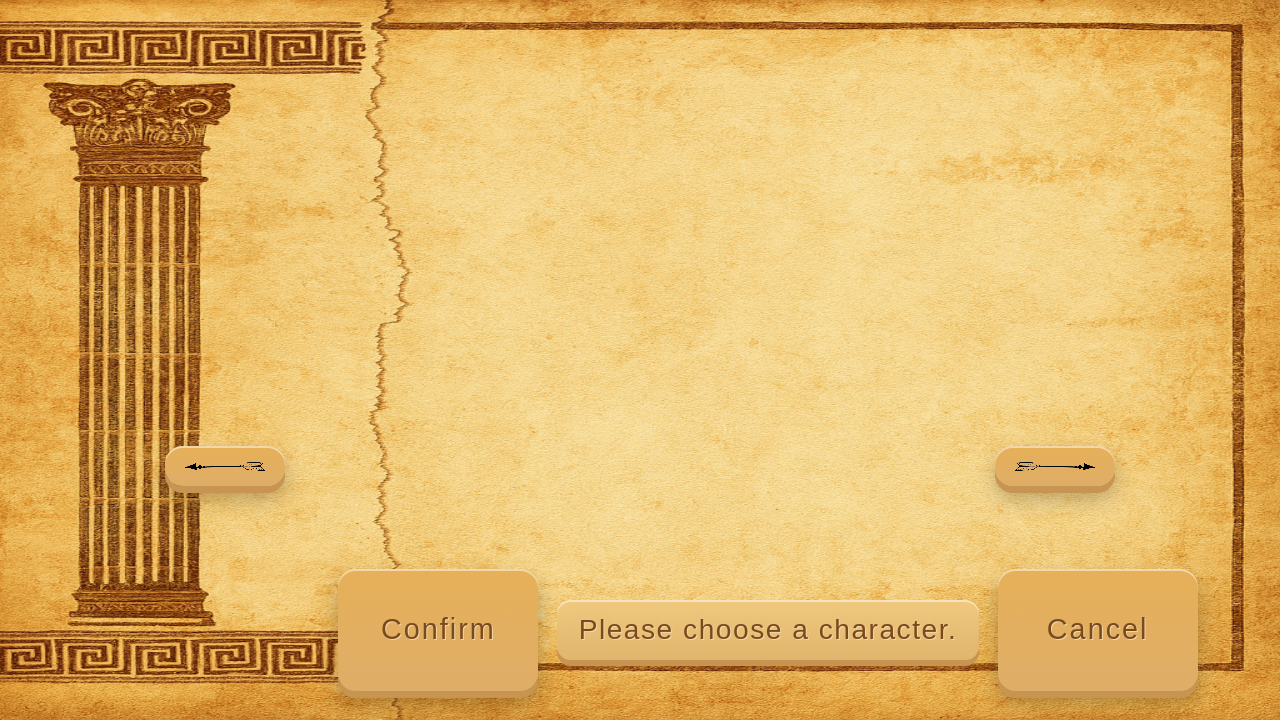
Repository: brianabariteau/Web-1-Final-Project-2025
Page: features/character-selection/character-selection.html
These files come from the project's save history. The page is drawn as it stood at one moment and after the next save; the edit follows.
The browser window is 1280 px wide. The pictures show the whole page.
The page's requests for data from a server got no answer. Some web fonts or font styles are not loaded; a fallback is used.

Above is the page before, as saved 2025-12-21 23:54:26.

### features/character-selection/character-selection.html
<!DOCTYPE html>
<html lang="en">
  <head>
    <meta charset="UTF-8" />
    <meta name="viewport" content="width=device-width, initial-scale=1.0" />
    <title>Player Selection</title>
    <link
      rel="icon"
      type="image/x-icon"
      href="../../assets/characters/zeus.png"
    />
    <link rel="stylesheet" href="./character-selection.css" />
    <script type="module" src="./character-selection.js" defer></script>
    <script
      src="https://code.jquery.com/jquery-3.7.1.min.js"
      integrity="sha256-/JqT3SQfawRcv/BIHPThkBvs0OEvtFFmqPF/lYI/Cxo="
      crossorigin="anonymous"
    ></script>
    <link
      href="https://fonts.googleapis.com/css2?family=Jersey+25&display=swap"
      rel="stylesheet"
    />
  </head>
  <body></body>
</html>

### features/character-selection/character-selection.css
/* -- General Page Layout -- */

body {
  margin: 0;
  padding: 0;
  width: 100vw;
  height: 100vh;
  overflow: hidden;

  display: flex;
  justify-content: center;
  align-items: center;

  position: relative;
  font-family: "Press Start 2P", monospace;
}

/* Full-screen background */
.background {
  position: absolute;
  inset: 0;
  width: 100%;
  height: 100%;
  z-index: -1;
}

/* -- Character Selector Grid [avatar1/2/3] -- */

.character-row {
  /*display: flex;
  justify-content: center;
  align-items: center;
  gap: 1rem;

  position: absolute;
  top: 10%;
  width: 100%;*/
  display: flex;
  justify-content: center;
  align-items: center;
  gap: 1rem;
  width: 100%;
  position: relative; /* not absolute */
}

/* All avatar boxes */
.avatar1,
.avatar2,
.avatar3 {
  /*width: 340px;
  height: 450px;*/
  width: min(28vw, 370px); /* 28% of viewport width, max 340px */
  height: min(28vw, 440px);

  background: transparent;
  border: none;
  padding: 0;

  position: relative;
  cursor: pointer;
  transition: transform 120ms ease;
}

.avatar1:hover,
.avatar2:hover,
.avatar3:hover {
  transform: scale(1.05);
}

/* The decorative box asset */
.background-boxes {
  position: absolute;
  inset: 0;
  width: 100%;
  height: 100%;
  object-fit: fill;
  z-index: 0;
  pointer-events: none;
}

/* If later you put the character image inside an avatar */
.player-avatar {
  position: relative;
  z-index: 1;
  width: 140px;
  height: auto;
  image-rendering: pixelated;
}

/* Info inside the avatar (optional) */
.player-info {
  position: relative;
  z-index: 2;
  color: brown;
  text-shadow: 2px 2px #000;
  font-size: 14px;
  text-align: left;
  margin-left: 10px;
}

/* ───────────── SCROLL ARROWS ABOVE TEXT BOX ───────────── */

.scroll-arrows {
  width: min(200vw, 950px); /* narrower than full screen */
  margin: 0 auto;
  display: flex;
  justify-content: space-between; /* left arrow on left, right arrow on right */
  align-items: center;

  padding: 0 5vw; /* adjusts how far arrows sit from edges */
  position: relative;
  z-index: 15;
  gap: 8rem;
}

/* =========================
   ARROW BUTTON BASE
========================= */
.left-arrow,
.right-arrow {
  width: 120px;
  height: 40px;

  background: linear-gradient(to bottom, #e7b058, #dead68);
  border-radius: 18px;
  border: none;

  display: flex;
  align-items: center;
  justify-content: center;

  cursor: pointer;

  box-shadow: inset 0 2px 0 rgba(255, 255, 255, 0.5), 0 7px 0 #c89451,
    0 12px 22px rgba(0, 0, 0, 0.25);

  transition: transform 0.15s ease, box-shadow 0.15s ease, filter 0.15s ease;
}

.left-arrow:hover,
.right-arrow:hover {
  filter: brightness(1.05);

  box-shadow: inset 0 2px 0 rgba(255, 255, 255, 0.6), 0 7px 0 #c89451,
    0 0 18px rgba(255, 210, 130, 0.7), 0 0 36px rgba(255, 200, 100, 0.4);
}

.left-arrow:active,
.right-arrow:active {
  transform: translateY(5px);

  box-shadow: inset 0 2px 0 rgba(255, 255, 255, 0.4), 0 3px 0 #c89451;
}

.arrowImg {
  width: 80px;
  height: auto;
  image-rendering: pixelated;
  pointer-events: none;
}

.switch-characters {
  display: flex;
  flex-direction: column;
  align-items: center;
  gap: 1rem; /* space between avatars and arrows */

  width: min(90vw, 1200px);
  position: absolute;
  top: 10%;
  width: 100%;
}

/* Every stat becomes a tooltip target */
.stat {
  position: relative;
  cursor: help;
}

/* Tooltip bubble */
.stat:hover::after {
  content: attr(data-info);
  position: absolute;
  left: 50%;
  bottom: 120%;
  transform: translateX(-50%);

  width: max-content;
  max-width: 220px;

  background: rgba(0, 0, 0, 0.9);
  color: white;
  padding: 8px 10px;
  border-radius: 6px;
  font-size: 10px;
  line-height: 1.2;
  text-shadow: none;

  pointer-events: none;
  z-index: 999;
}

/* Tooltip arrow */
.stat:hover::before {
  content: "";
  position: absolute;
  left: 50%;
  bottom: 110%;
  transform: translateX(-50%);

  border-width: 6px;
  border-style: solid;
  border-color: rgba(0, 0, 0, 0.9) transparent transparent transparent;

  z-index: 998;
}

/* ───────────── TEXT BOX (your .box image) ───────────── */

.bottom-panel {
  position: absolute;
  /*bottom: -3%;  how far from bottom of screen */
  bottom: 4%;
  left: 60%;
  /*transform: translateX(-30%);  center horizontally */
  transform: translateX(-50%);

  width: min(70vw, 900px);
  /*width: 40%;  adjust width as needed */
  /*max-width: 900px; */

  display: grid;
  grid-template-columns: 1fr auto 1fr; /* left | center | right */
  align-items: center;
  justify-items: center;
  margin: 0;

  z-index: 10;
}

.box {
  font-size: clamp(1.4rem, 2.2vw, 2rem);
  color: #7a4a1f;
  letter-spacing: 1.5px;

  text-shadow: 1px 1px 0 #f3d8a8, 0 0 8px rgba(255, 210, 130, 0.35);

  background: linear-gradient(to bottom, #f0c97f, #e0b56d);
  padding: 14px 22px;
  border-radius: 14px;

  box-shadow: inset 0 2px 0 rgba(255, 255, 255, 0.5), 0 6px 0 #c89451;

  pointer-events: none;
}

/* ───────────── CONFIRM + CANCEL BUTTONS ───────────── */

.button-left,
.button-right {
  display: flex;
  justify-content: center;
  align-items: center;
}

.buttons {
  display: flex;
  gap: 0rem; /* spacing between confirm/cancel */
  position: relative; /* NOT absolute */
  z-index: 10;
}

.confirm,
.cancel {
  min-width: 200px;
  padding: 16px 30px;

  background: linear-gradient(to bottom, #e7b058, #dead68);
  border: none;
  border-radius: 18px;

  cursor: pointer;

  box-shadow: inset 0 2px 0 rgba(255, 255, 255, 0.5), 0 7px 0 #c89451,
    0 12px 22px rgba(0, 0, 0, 0.25);

  transition: transform 0.15s ease, box-shadow 0.15s ease, filter 0.15s ease;
}

.confirm p,
.cancel p {
  font-size: 1.8rem;
  letter-spacing: 2px;
  color: #7a4a1f;

  text-shadow: 1px 1px 0 #f3d8a8;
}

.confirm:hover,
.cancel:hover {
  filter: brightness(1.05);

  box-shadow: inset 0 2px 0 rgba(255, 255, 255, 0.6), 0 7px 0 #c89451,
    0 0 18px rgba(255, 210, 130, 0.7), 0 0 36px rgba(255, 200, 100, 0.4);
}

.confirm:active,
.cancel:active {
  transform: translateY(5px);

  box-shadow: inset 0 2px 0 rgba(255, 255, 255, 0.4), 0 3px 0 #c89451;
}

/* Position them near bottom-right like your drawing */
.cancel {
  right: 10%;
}

/* ───────────── CHARACTERS ───────────── */
.character {
  position: relative;
  z-index: 10; /* ensures text appears above the background box */
  color: rgb(133, 74, 18);
  justify-items: center;
  text-align: center;
  display: flex;
  object-fit: contain;
  /*padding: 12px 20px;*/
  padding-top: 50px;
  width: 100%;
  height: 100%;
  font-family: "Press Start 2P", monospace; /* matches your game font */
  text-shadow: 2px 2px 0px #ffffff; /* retro look */
}

.inner-character {
  width: 100%; /* smaller than full box so borders show */
  height: 70%; /* keep some space top/bottom */
  padding: 0.4rem; /* small internal padding */
  box-sizing: border-box;

  display: flex;
  flex-direction: column;
  align-items: center;
  justify-content: flex-start;
  gap: 0.1rem; /* tiny gaps between lines */

  overflow-y: auto; /* <-- important: scroll if too tall */
  scrollbar-width: none;
  -ms-overflow-style: none;
}
.character-inner::-webkit-scrollbar {
  display: none;
}

.character-inner h3 {
  margin: 0 0 4px 0;
  font-size: clamp(12px, 1.3vw, 16px);
}

.character-inner p {
  margin: 1px 0;
  font-size: clamp(10px, 1.1vw, 13px);
  line-height: 1.1;
}

/* Smaller sprite so it doesn't eat all vertical space */
.character-inner .character-img {
  width: 90px;
  height: auto;
  margin-bottom: 6px;
}

.character h3 {
  margin: 0 0 10px 0;
  /*font-size: 18px;*/
  font-size: clamp(14px, 1.6vw, 18px);
  letter-spacing: 1px;
}

.character p,
.powers-list {
  font-size: clamp(12px, 1.3vw, 14px);
}

.character p {
  margin: 3px 0;
  /*font-size: 14px;*/
  line-height: 1.2;
}

.powers-list {
  margin: 4px 0 0 16px;
  padding: 0;
  list-style-type: none;
  /*font-size: 14px;*/
}

.character-img {
  display: block;
  margin: 0 auto 10px auto; /* center horizontally + space underneath */
  width: 120px; /* adjust size */
  height: auto;
  image-rendering: pixelated;
  z-index: 5;
  pointer-events: none;
  background: transparent;
}

@media (max-width: 900px) {
  .character-row {
    flex-direction: column;
    top: 4%;
    gap: 0.5rem;
  }

  .avatar1,
  .avatar2,
  .avatar3 {
    width: 80vw;
  }
}

@media (max-width: 900px) {
  .bottom-panel {
    bottom: 2%;
    width: 90vw;
    grid-template-columns: auto;
    row-gap: 0.5rem;
  }

  .buttonImg {
    width: 120px;
  }
}

@media (max-width: 600px) {
  .arrowImg {
    width: 80px;
  }

  .scroll-arrows {
    gap: 1.5rem;
    bottom: 30%;
  }
}

@media (max-width: 600px) {
  .confirm,
  .cancel {
    min-width: 160px;
    padding: 14px 22px;
  }

  .confirm p,
  .cancel p {
    font-size: 1.4rem;
  }

  .box {
    font-size: 1.3rem;
  }
}

@media (max-width: 600px) {
  .left-arrow,
  .right-arrow {
    width: 70px;
    height: 70px;
  }

  .arrowImg {
    width: 32px;
  }
}

/* UI elements use same font as Start / Mode pages */
.confirm,
.cancel,
.box {
  font-family: "Jersey 25", sans-serif;
}

### features/character-selection/character-selection.js
"use strict";

import { fetchCharacters } from "../../services/character-api.js";
import { sortCharacters } from "../../utils/character-sorters.js";
let singlePlayer = localStorage.getItem("single player");
let multiPlayer = localStorage.getItem("multiplayer");

let characters = [];
let currentIndex = 0;

// * Player selection stuff
let selectedPlayer = null;

// * The Background Image
const background = $("<img>")
  .addClass("background")
  .attr("src", "./assets/parchment-background.png")
  .attr("alt", "Background");

// * Characters
function renderCharacters(character) {
  let powersList = "";

  if (Array.isArray(character.powers) && character.powers.length > 0) {
    for (const power of character.powers) {
      powersList += `<li>${power}</li>`;
    }
  } else {
    powersList = `<li>No Powers</li>`;
  }

  return `
    <div class="character">
      <div class="inner-character">
        <img class="character-img" src="${character.imgSrc}" alt="${character.name}"/>
        <h3 class="stat" data-info="${character.tier} - ${character.tierName}">${character.name}</h3>
        <p>HP: ${character.stats.hp}</p>
        <p>Attack: ${character.stats.attack}</p>
        <p>Defense: ${character.stats.defense}</p>
        <p>Speed: ${character.stats.speed}</p>
        <p>Power: ${character.stats.power}</p>
        <p>Resilience: ${character.stats.resilience}</p>
        <p>Stamina: ${character.stats.stamina}</p>
        <p class="stat" data-info="${character.stats.masteryDesc}">Domain Mastery: ${character.stats.domainMastery}</p>
        <p class="stat" data-info="${character.stats.traitDesc}">Special Trait: ${character.stats.specialTrait}</p>
      </div>
    </div>
  `;
}

// * All Characters
const characterRow = $("<div>").addClass("character-row");

// * Arrows + Avatars Div
const switchCharacters = $("<div>").addClass("switch-characters");

// * Avatar 1
const avatar1 = $("<button>").addClass("avatar1");
const avatar1BackgroundBox = $("<img>")
  .addClass("background-boxes")
  .attr("src", "./assets/parchment-box.png")
  .attr("alt", "Background Boxes");

$(avatar1).on("click", () => {
  const first = characters[currentIndex];
  selectCharacter(avatar1, first);
});

// * Avatar 2
const avatar2 = $("<button>").addClass("avatar2");
const avatar2BackgroundBox = $("<img>")
  .addClass("background-boxes")
  .attr("src", "./assets/parchment-box.png")
  .attr("alt", "Background Boxes");

$(avatar2).on("click", () => {
  const second = characters[(currentIndex + 1) % characters.length];
  selectCharacter(avatar2, second);
});

// * Avatar 3
const avatar3 = $("<button>").addClass("avatar3");
const avatar3BackgroundBox = $("<img>")
  .addClass("background-boxes")
  .attr("src", "./assets/parchment-box.png")
  .attr("alt", "Background Boxes");

$(avatar3).on("click", () => {
  const third = characters[(currentIndex + 2) % characters.length];
  selectCharacter(avatar3, third);
});

$(characterRow).append(avatar1, avatar2, avatar3);

function updateAvatarsDisplay() {
  if (!Array.isArray(characters) || characters.length === 0) return;

  const second = characters[(currentIndex + 1) % characters.length];
  const first = characters[currentIndex];
  const third = characters[(currentIndex + 2) % characters.length];

  $(avatar1).html(renderCharacters(first));
  $(avatar2).html(renderCharacters(second));
  $(avatar3).html(renderCharacters(third));

  $(avatar1).append(avatar1BackgroundBox.clone());
  $(avatar2).append(avatar2BackgroundBox.clone());
  $(avatar3).append(avatar3BackgroundBox.clone());
}

async function loadCharacters() {
  characters = await fetchCharacters();
  characters = sortCharacters(characters);
  currentIndex = 0;
  updateAvatarsDisplay();
}

function selectCharacter(avatarElement, character) {
  $(".avatar1, .avatar2, .avatar3").removeClass("selected");
  $(avatarElement).addClass("selected");
  selectedPlayer = character;
}

// * Text Box + Buttons
const bottomPanel = $("<div>").addClass("bottom-panel");

/*
// * Text Box Image
const textBox = $("<img>")
  .addClass("box")
  .attr("src", "./assets/choose-character-text.png")
  .attr("alt", "Text Box"); */
const textBox = $("<p>").addClass("box").text("Please choose a character.");

// * Buttons
const leftButton = $("<div>").addClass("left-button");
const rightButton = $("<div>").addClass("right-button");

// * Confirm Button
const confirmButton = $("<button>").addClass("confirm");
const confirmText = $("<p>").text("Confirm");
/*const confirmImg = $("<img>")
  .addClass("buttonImg")
  .attr("src", "./assets/parchment-confirm-button.png")
  .attr("alt", "Confirm Button Image");  */

$(confirmButton).append(confirmText);
$(confirmButton).on("click", () => {
  if (!selectedPlayer) {
    alert("Please select a character first!");
    return;
  }

  localStorage.setItem("selectedCharacter", JSON.stringify(selectedPlayer));

  window.location.href = "../main-menu/main-menu.html";
});

// * Cancel Button
const cancelButton = $("<button>").addClass("cancel");
const cancelText = $("<p>").text("Cancel");
/*const cancelImg = $("<img>")
  .addClass("buttonImg")
  .attr("src", "./assets/parchment-cancel-button.png")
  .attr("alt", "Cancel Button Image"); */

$(cancelButton).append(cancelText);
$(cancelButton).on("click", () => {
  if (selectedPlayer === null) {
    window.location.href = "../main-menu/index.html";
  }

  selectedPlayer = null;
  $(avatar1).css("box-shadow", "none");
  $(avatar2).css("box-shadow", "none");
  $(avatar3).css("box-shadow", "none");
});

leftButton.append(confirmButton);
$(rightButton).append(cancelButton);
$(bottomPanel).append(confirmButton, textBox, cancelButton);

// * Scroll Arrows
const scrollArrows = $("<div>").addClass("scroll-arrows");

// * Left Arrow
const leftArrow = $("<button>").addClass("left-arrow");
const leftArrowImg = $("<img>")
  .addClass("arrowImg")
  .attr("src", "./assets/left-arrow.png")
  .attr("alt", "Left Arrow");

$(leftArrow).on("click", () => {
  currentIndex = (currentIndex - 1 + characters.length) % characters.length;
  selectedPlayer = null;
  $(avatar1).css("box-shadow", "none");
  $(avatar2).css("box-shadow", "none");
  $(avatar3).css("box-shadow", "none");
  updateAvatarsDisplay();
});
$(leftArrow).append(leftArrowImg);

// * Right Arrow
const rightArrow = $("<button>").addClass("right-arrow");
const rightArrowImg = $("<img>")
  .addClass("arrowImg")
  .attr("src", "./assets/right-arrow.png")
  .attr("alt", "Right Arrow");

$(rightArrow).on("click", () => {
  currentIndex = (currentIndex + 1) % characters.length;
  selectedPlayer = null;
  $(avatar1).css("box-shadow", "none");
  $(avatar2).css("box-shadow", "none");
  $(avatar3).css("box-shadow", "none");
  updateAvatarsDisplay();
});
$(rightArrow).append(rightArrowImg);

$(scrollArrows).append(leftArrow, rightArrow);
$(switchCharacters).append(characterRow, scrollArrows);

$("body").append(background, switchCharacters, bottomPanel);

loadCharacters();

### utils/character-sorters.js
"use strict";
export function sortCharacters(characters) {
  return characters.sort((characterA, characterB) => {
    const scoreA =
      characterA.stats.attack * 2 +
      characterA.stats.power * 2 +
      characterA.stats.defense +
      characterA.stats.hp +
      characterA.stats.speed;

    const scoreB =
      characterB.stats.attack * 2 +
      characterB.stats.power * 2 +
      characterB.stats.defense +
      characterB.stats.hp +
      characterB.stats.speed;

    return scoreB - scoreA;
  });
}

Loaded but not shown: services/character-api.js (396 lines, source omitted)

After the next save:
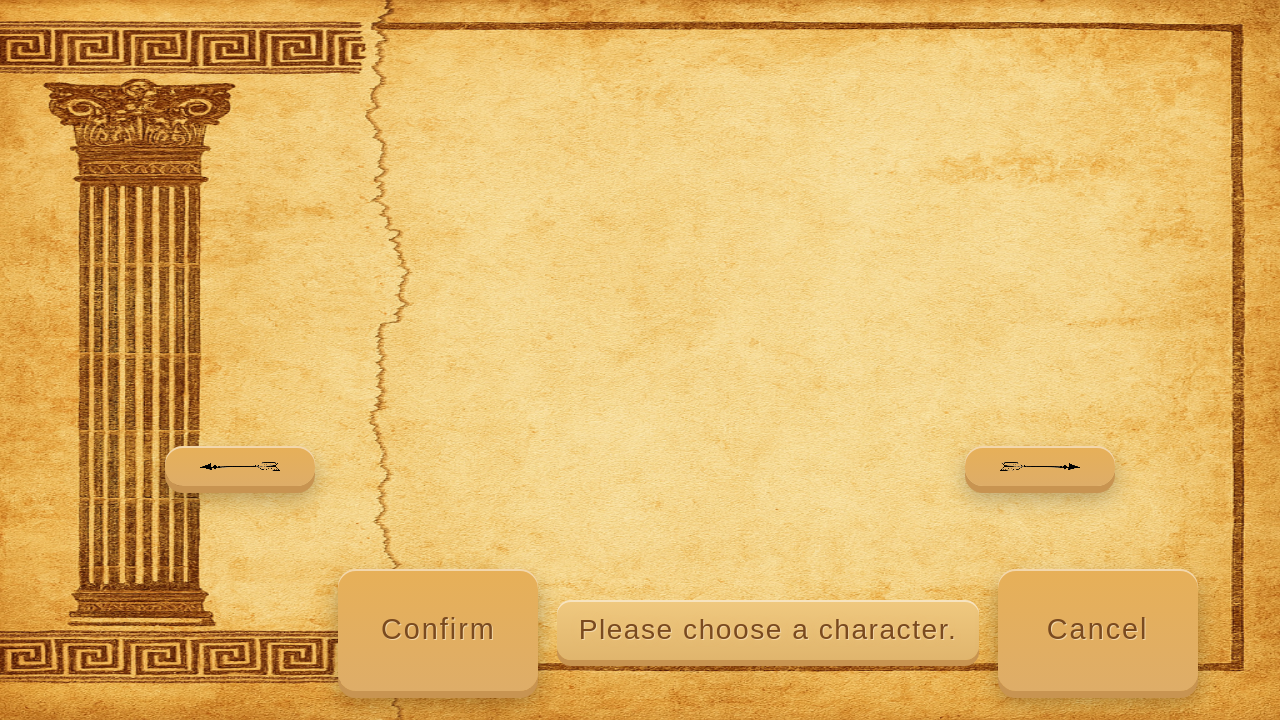
Saved 7 s later.
--- a/features/character-selection/character-selection.css
+++ b/features/character-selection/character-selection.css
@@ -118,7 +118,7 @@ body {
 ========================= */
 .left-arrow,
 .right-arrow {
-  width: 120px;
+  width: 150px;
   height: 40px;
 
   background: linear-gradient(to bottom, #e7b058, #dead68);
